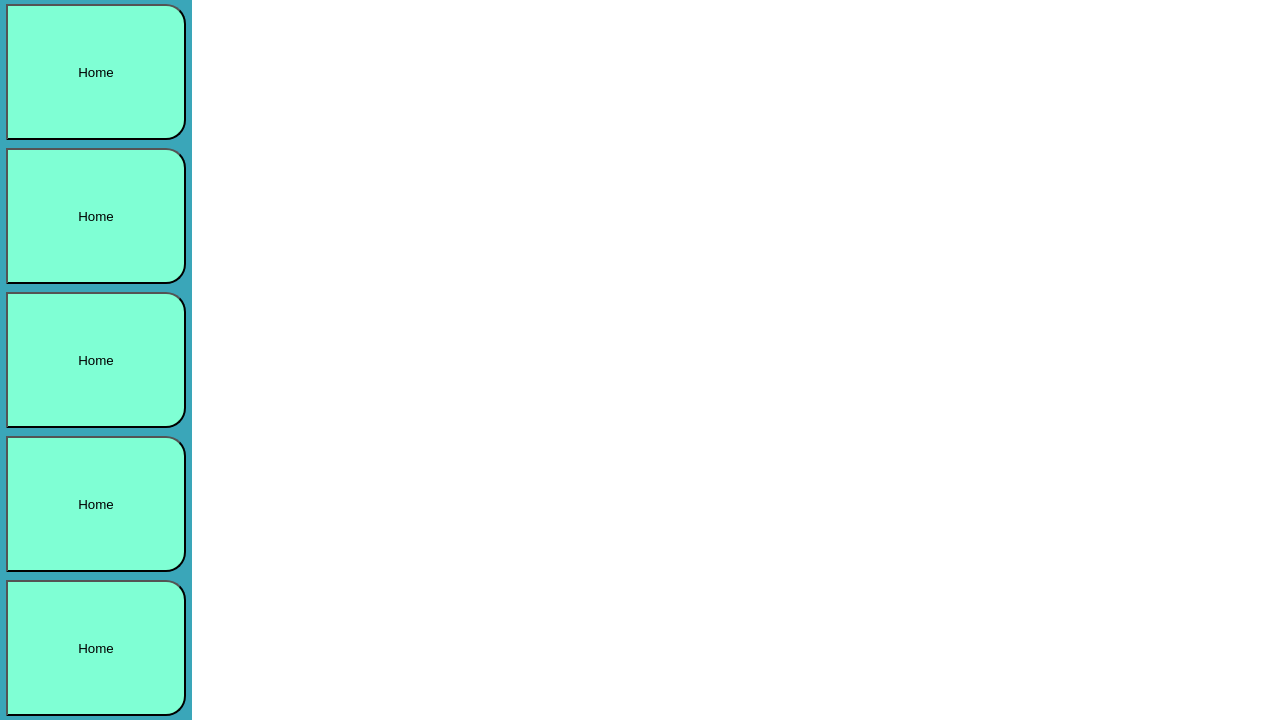
Repository: Tahaa2t/Researchers
Page: /
These files come from the project's save history. The page is drawn as it stood at one moment and after the next save; the edit follows.
The browser window is 1280 px wide. The pictures show the whole page.
The project was rebuilt for these pictures with package versions that can differ from the ones it lists, and the page was loaded fresh each time. Also part of the build but not shown: src/Components/loginform.js, src/Components/HomePage.js.

Above is the page before, as saved 2023-07-05 22:21:24.

After the next save:
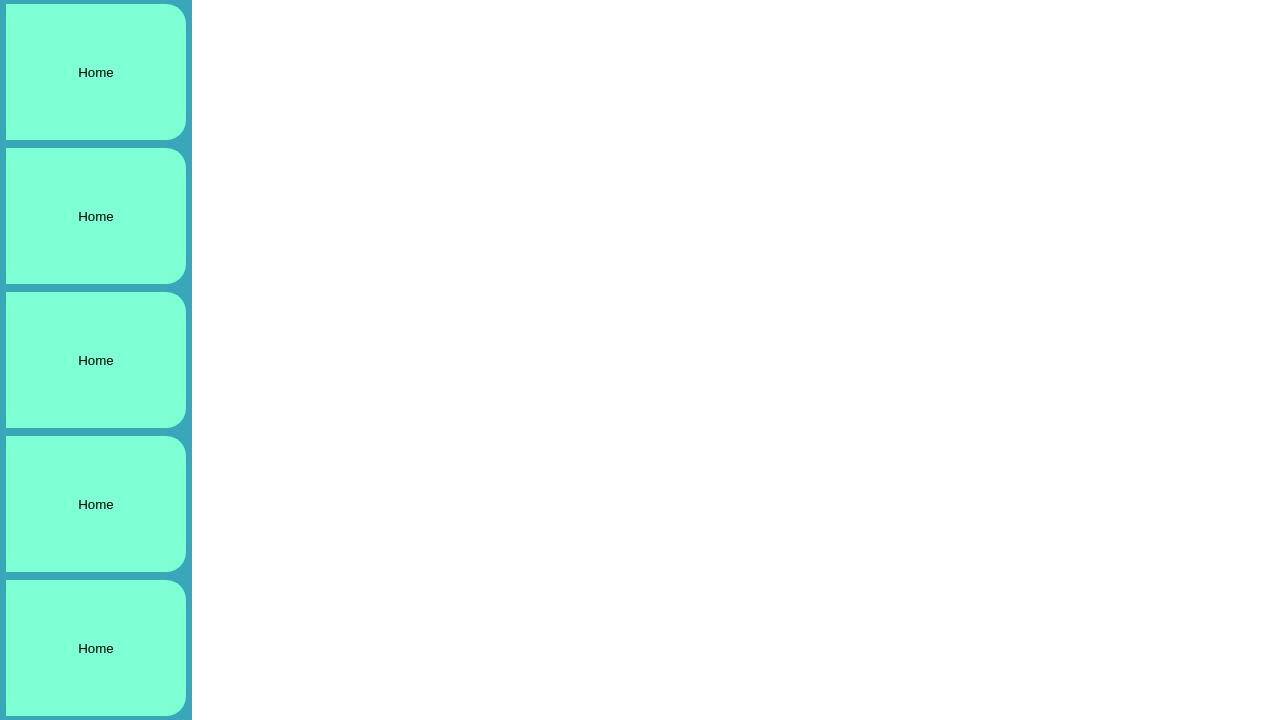
Saved 10 s later.
--- a/src/Components/css/navbarstyle.scss
+++ b/src/Components/css/navbarstyle.scss
@@ -23,7 +23,7 @@ nav {
   width: 94%;
   text-align: center;
   border-radius: 0px 20px 20px 0px;
-  // border: 3px solid blue;
+  border: none;
   margin: 4px;
   display: flex;
   flex: 1;
